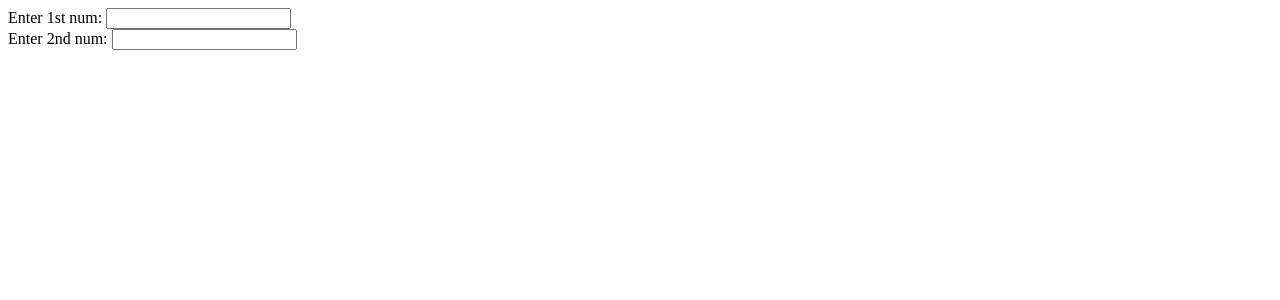
Repository: riddhiwho/Eclipse-Projects
Page: DemoApp/src/main/webapp/index.html
The author's editor kept a copy of each file at every save. The page is drawn from the files as they stood at one save, then again after the next save.
The browser window is 1280 px wide. The pictures show the whole page.

Above is the page before, as saved 2021-05-31 01:02:06.

After the next save:
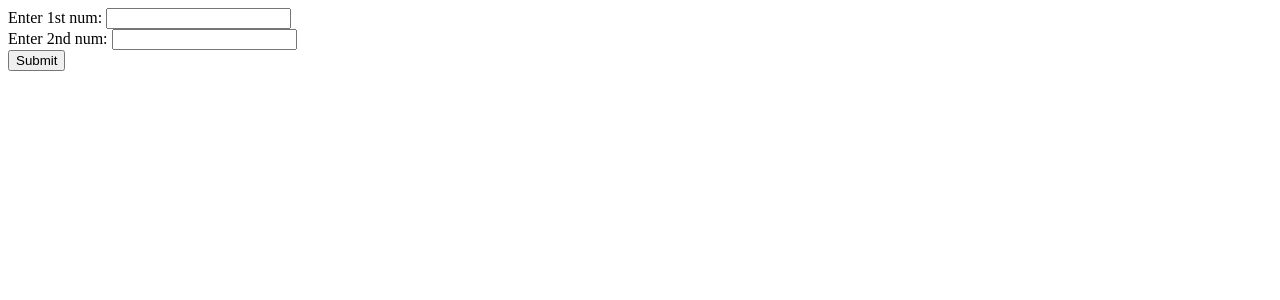
Saved 16 s later.
--- a/DemoApp/src/main/webapp/index.html
+++ b/DemoApp/src/main/webapp/index.html
@@ -6,6 +6,7 @@
 
 		Enter 1st num: <input type="text" name="num1"><br>
 		Enter 2nd num: <input type="text" name="num2"><br>
+		<input type="Submit">
 
 	</form>
 </body>
